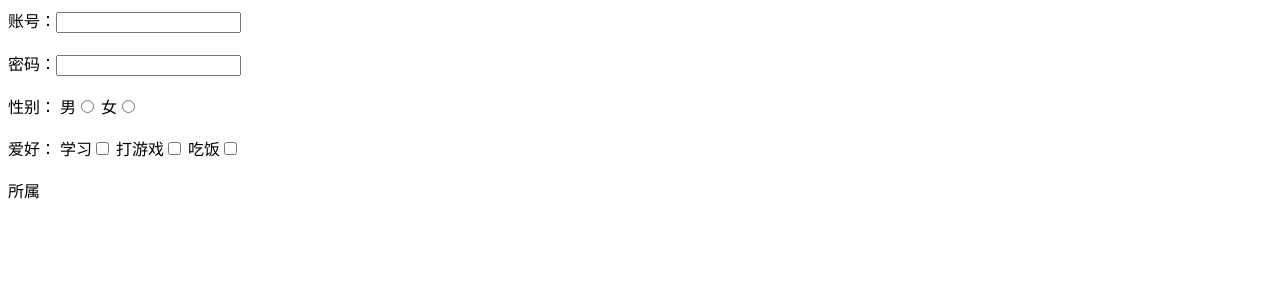
Repository: Lconfident/Learning_Process
Page: Vue/vue_basic/13__收集表单数据/1.收集表单数据.html
The author's editor kept a copy of each file at every save. The page is drawn from the files as they stood at one save, then again after the next save.
The browser window is 1280 px wide. The pictures show the whole page.

Above is the page before, as saved 2023-07-22 10:08:39.

### Vue/vue_basic/13__收集表单数据/1.收集表单数据.html
<!DOCTYPE html>
<html lang="en">

<head>
    <meta charset="UTF-8">
    <meta name="viewport" content="width=device-width, initial-scale=1.0">
    <title>Doc</title>
    <!-- 引入Vue -->
    <script type="text/javascript" src="../../js/vue.js"></script>
</head>

<body>
    <!-- 准备好一个容器 -->
    <div id="root">
        <form>
            账号：<input type="text"><br><br>
            密码：<input type="password"><br><br>
            性别：
            男<input type="radio" name="gender">
            女<input type="radio" name="gender"><br><br>
            爱好：
            学习<input type="checkbox">
            打游戏<input type="checkbox">
            吃饭<input type="checkbox"><br><br>
            所属
        </form>
    </div>

</body>

<script type="text/javascript">

</script>

</html>

Loaded but not shown: Vue/js/vue.js (library)

After the next save:
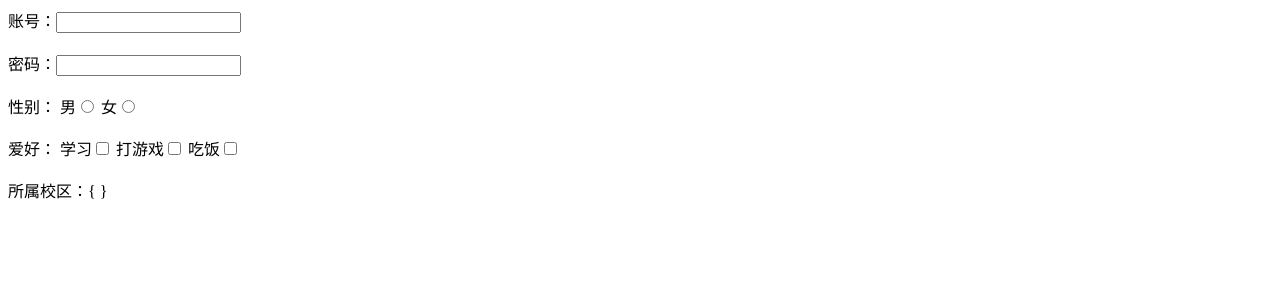
Saved 10 s later.
--- a/Vue/vue_basic/13__收集表单数据/1.收集表单数据.html
+++ b/Vue/vue_basic/13__收集表单数据/1.收集表单数据.html
@@ -22,7 +22,9 @@
             学习<input type="checkbox">
             打游戏<input type="checkbox">
             吃饭<input type="checkbox"><br><br>
-            所属
+            所属校区：{
+
+            }
         </form>
     </div>
 
